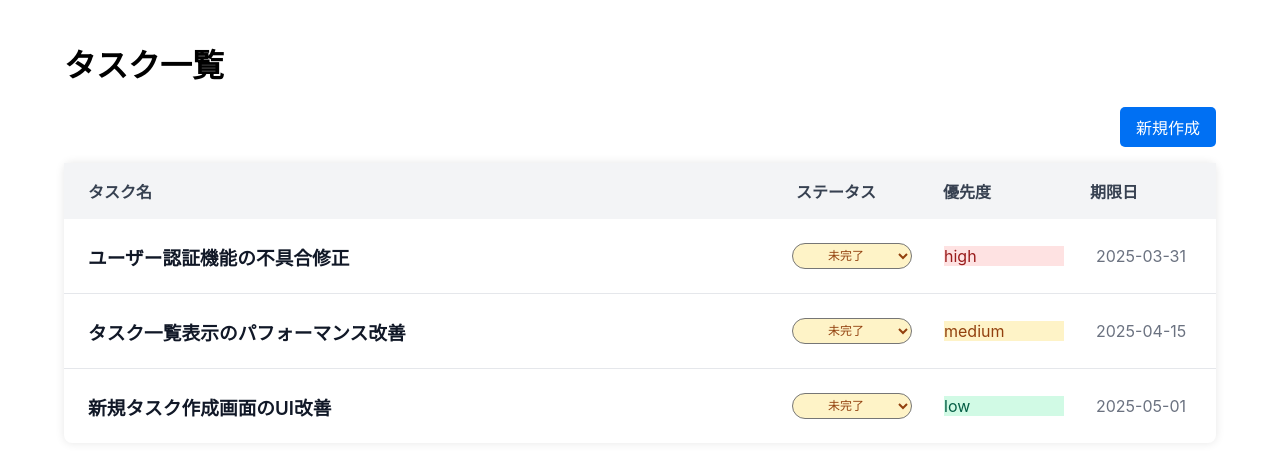
Repository: s1ros75/react-task-app
Page: /tasks
The author's editor kept a copy of each file at every save. The page is drawn from the files as they stood at one save, then again after the next save.
The browser window is 1280 px wide. The pictures show the whole page.
The project was rebuilt for these pictures with package versions that can differ from the ones it lists, and the page was loaded fresh each time. Also part of the build but not shown: vite.config.ts, src/styles/home.module.css, src/pages/home/index.tsx, src/features/tasks/hooks/getTaskById.ts, src/features/tasks/styles/taskDetail.module.css, src/features/tasks/components/TaskDetail.tsx, src/features/tasks/hooks/deleteTask.ts, src/features/tasks/components/TaskDeleteButton.tsx and 9 more.

Above is the page before, as saved 2026-01-17 23:58:30.

### src/main.tsx
import { StrictMode } from "react";
import { createRoot } from "react-dom/client";
import "./index.css";
import App from "./App.tsx";
import { BrowserRouter } from "react-router-dom";

const rootElement = document.getElementById("root");

createRoot(rootElement!).render(
  <StrictMode>
    <BrowserRouter>
      <App />
    </BrowserRouter>
  </StrictMode>
);

### src/index.css
:root {
  font-family: Inter, system-ui, Avenir, Helvetica, Arial, sans-serif;
}

body {
  margin: 0;
  padding: 0;
  font-family: var(--font-family);
}

### src/App.tsx
import { Route, Routes } from "react-router-dom";
import HomePage from "./pages/home";
import TaskListPage from "./pages/tasks/taskListPage";
import TaskDetailPage from "./pages/tasks/taskDetailPage";
import TaskCreatePage from "./pages/tasks/taskCreatePage";
import TaskEditPage from "./pages/tasks/taskEditPage";

function App() {
  return (
    <Routes>
      <Route path="/" element={<HomePage />} />
      <Route path="/tasks" element={<TaskListPage />} />
      <Route path="/tasks/:id" element={<TaskDetailPage />} /> {/* タスクの詳細ページのルーティングを追加 */}
      <Route path="/tasks/new" element={<TaskCreatePage />} /> {/* タスク作成ページへのルーティングを追加 */}
      <Route path="/tasks/:id/edit" element={<TaskEditPage />} />  {/* タスク編集ページのルーティング */}
    </Routes>
  );
}

export default App;

### src/pages/tasks/taskListPage.tsx
import TaskListContainer from "../../features/tasks/containers/TaskListContainer";

export default function TaskListPage() {
  return (
    <div>
      <TaskListContainer /> {/* タスク一覧コンポーネントを読み込む */}
    </div>
  );
}

### src/features/tasks/containers/TaskListContainer.tsx
import { Link } from "react-router-dom";
import { useEffect, useState } from "react";
import { getTasks } from "../hooks/getTasks";
import type { Task } from "../../../types/task";
import TaskCard from "../components/TaskCard";
import styles from "../styles/TaskListContainer.module.css";
import { updateTask } from "../hooks/updateTask"; // updateTask関数をインポート

export default function TaskListContainer() {
  const [tasks, setTasks] = useState<Task[]>([]);

  // データを取得する関数を独立させる（更新後にも呼べるようにするため）
  const fetchTasks = async () => {
    const fetchedTasks = await getTasks();
    setTasks(fetchedTasks);
  };

  useEffect(() => {
    fetchTasks();
  }, []);

  const handleToggleStatus = async (taskId: Task["id"], newStatus: boolean) => {
    await updateTask(String(taskId), { status: newStatus });
    await fetchTasks(); // ここで関数として正しく呼び出す
  };

  return (
    <div className={styles.container}>
      <h1>タスク一覧</h1>
      <div className={styles.taskListHeader}>
        {" "}
        <Link to="/tasks/new" className={styles.newTaskLink}>
          新規作成
        </Link>
      </div>
      <div className={styles.tableContainer}>
        <div className={styles.header}>
          <div>タスク名</div>
          <div>ステータス</div>
          <div>優先度</div> {/* ← この列に対応するデータが */}
          <div>期限日</div> {/* ← TaskCard 内にあるか確認が必要 */}
        </div>
        <div className={styles.taskList}>
          {tasks.map((task) => (
            <TaskCard
              key={task.id}
              task={task}
              onToggleStatus={handleToggleStatus} // 更新用関数を渡す必要がある場合
            />
          ))}
        </div>
      </div>
    </div>
  );
}

### src/features/tasks/hooks/getTasks.ts
import type { Task } from "../../../types/task";
import { mockTasks } from "../mocks/task";

export const getTasks = (): Promise<Task[]> => {
  return new Promise((resolve) => {
    setTimeout(() => resolve([...mockTasks]));
  });
};

### src/features/tasks/components/TaskCard.tsx
import { Link } from "react-router-dom";
import styles from "../styles/taskCard.module.css";
import { getPriorityClass } from "../utils/priority"; // getPriorityClass関数をimport
import { getStatusLabel } from "../utils/status-label"; // getStatusLabel関数をimport
import type { Task } from "../../../types/task";

export default function TaskCard({ task, onToggleStatus }: Props) {

  const handleStatusChange = (e: React.ChangeEvent<HTMLSelectElement>) => {
    const newStatus = e.target.value === "true";
    if (onToggleStatus) {
      onToggleStatus(task.id, newStatus);
    }
  };

  return (
    <div className={styles.taskCard}>
      {/* 1. タイトル */}
      <Link to={`/tasks/${task.id}`} className={styles.detailLink}>
        <h3 className={styles.taskTitle}>{task.title}</h3>
      </Link>

      {/* 2. ステータス */}
      <select
        value={task.status ? "true" : "false"}
        onChange={handleStatusChange}
        className={`${styles.badge} ${task.status ? styles.completed : styles.incomplete}`}
      >
        <option value="false">{getStatusLabel(false)}</option>
        <option value="true">{getStatusLabel(true)}</option>
      </select>

      {/* --- ここから追加 --- */}

      {/* 3. 優先度 */}
      <div className={`${styles.priority} ${getPriorityClass(task.priority, styles)}`}>
        {task.priority}
      </div>

      {/* 4. 期限日 */}
      <div className={styles.dueDate}>
        {task.dueDate}
      </div>

    </div>
  );
}

// type Props = {
//   task: Task;
//   onToggleStatus: (taskId: Task['id'], newStatus: boolean) => void;
// };

// export default function TaskCard({ task, onToggleStatus }: Props) {  // onToggleStatusをpropsで受け取る

//   // ステータス変更時のハンドラー
//   const handleStatusChange = (e: React.ChangeEvent<HTMLSelectElement>) => {
//     const newStatus = e.target.value === "true";
//     if (onToggleStatus) {
//       onToggleStatus(task.id, newStatus);
//     }
//   };

//   return (
//     <div className={styles.taskCard}>
//       <Link to={`/tasks/${task.id}`} className={styles.detailLink}>
//         <h3 className={styles.taskTitle}>{task.title}</h3>
//       </Link>
//       {/* ステータスをセレクトボックスに変更 */}
//       <select
//         value={task.status ? "true" : "false"}
//         onChange={handleStatusChange}
//         className={`${styles.badge} ${task.status ? styles.completed : styles.incomplete}`}
//       >
//         <option value="false">{getStatusLabel(false)}</option>  {/* 未完了の場合のラベル */}
//         <option value="true">{getStatusLabel(true)}</option>    {/* 完了の場合のラベル */}
//       </select>
//     </div>
//   );
// }

### src/features/tasks/styles/TaskListContainer.module.css
.container {
  width: 90%;
  max-width: 1400px;
  margin: 40px auto;
}

.tableContainer {
  margin: 0 auto;
  background-color: white;
  border-radius: 0.5rem;
  box-shadow: 0 0 10px rgba(0, 0, 0, 0.1);
}

.header {
  display: grid;
  grid-template-columns: 1fr 115px 115px 110px;
  column-gap: 2rem;
  align-items: center;
  padding: 1rem 1rem 1rem 1.5rem;
  background-color: #f3f4f6;
  font-weight: 600;
  color: #374151;
}

.taskList {
  display: flex;
  flex-direction: column;
}

.taskList > *:not(:last-child) {
  border-bottom: 1px solid #e5e7eb;
}

.taskListHeader {
  text-align: right;
  margin-bottom: 1rem;
}

.newTaskLink {
  display: inline-block;
  background-color: #0070f3;
  color: white;
  padding: 0.5rem 1rem;
  border-radius: 5px;
  text-decoration: none;
  font-size: 1rem;
  transition: background-color 0.3s ease;
}

.newTaskLink:hover {
  background-color: #0051bb;
}

### src/features/tasks/hooks/updateTask.ts
import type { Task, TaskFormData } from "../../../types/task";
import { mockTasks } from "../mocks/task";

export const updateTask = (id: string, taskData: TaskFormData): Promise<Task | null> => {
  return new Promise((resolve) => {
    setTimeout(() => {
      const index = mockTasks.findIndex((task) => task.id === Number.parseInt(id));
      if (index !== -1) {
        mockTasks[index] = {
          ...mockTasks[index],
          ...taskData,
          updatedAt: new Date().toISOString(),
        };
        resolve(mockTasks[index]);
      } else {
        resolve(null);
      }
    }, 500);
  });
};

### src/features/tasks/mocks/task.ts
import type { Task } from "../../../types/task";

export const mockTasks: Task[] = [
  {
    id: 1,
    title: "ユーザー認証機能の不具合修正",
    description: "ユーザーがログイン時に、不正なトークンエラーが発生する問題を修正します。",
    status: false,
    priority: "high",
    dueDate: "2025-03-31",
    createdAt: "2025-02-17T10:00:00Z",
    updatedAt: "2025-02-17T10:00:00Z",
  },
  {
    id: 2,
    title: "タスク一覧表示のパフォーマンス改善",
    description:
      "タスク一覧ページで、タスクが大量にある場合の表示遅延を改善します。不要な再レンダリングを防ぐため、コンポーネントの最適化を実施してください。",
    status: false,
    priority: "medium",
    dueDate: "2025-04-15",
    createdAt: "2025-02-17T10:00:00Z",
    updatedAt: "2025-02-17T10:00:00Z",
  },
  {
    id: 3,
    title: "新規タスク作成画面のUI改善",
    description:
      "新規タスク作成画面の入力フォームのユーザビリティ向上を図ります。エラーメッセージの明示化や、入力フィールドのデザインを改善してください。",
    status: false,
    priority: "low",
    dueDate: "2025-05-01",
    createdAt: "2025-02-17T10:00:00Z",
    updatedAt: "2025-02-17T10:00:00Z",
  },
];

### src/features/tasks/styles/taskCard.module.css
.taskCard {
  display: grid;
  grid-template-columns: 1fr 120px 120px 120px;
  column-gap: 2rem;
  align-items: center;
  transition: background-color 0.2s ease;
}

.taskCard:hover {
  background-color: #f9fafb;
}

.detailLink {
  height: 100%;
  display: flex;
  align-items: center;
  text-decoration: none;
  padding-left: 1.5rem;
  transition: color 0.2s ease;
}

.detailLink:hover .taskTitle {
  color:rgb(56, 92, 202);
}

.taskTitle {
  font-weight: 600;
  color: #111827;
  margin: 0;
}

.badge {
  display: inline-block;
  padding: 0.25rem 0.5rem;
  margin: 1.5rem 0;
  border-radius: 9999px;
  font-size: 0.75rem;
  font-weight: 500;
  text-align: center;
  cursor: pointer;
}

.completed {
  background-color: #d1fae5;
  color: #065f46;
}

.incomplete {
  background-color: #fef3c7;
  color: #92400e;
}

.highPriority {
  background-color: #fee2e2;
  color: #991b1b;
}

.mediumPriority {
  background-color: #fef3c7;
  color: #92400e;
}

.lowPriority {
  background-color: #d1fae5;
  color: #065f46;
}

.defaultPriority {
  background-color: #e5e7eb;
  color: #374151;
}

.dueDate {
  color: #6b7280;
}

### src/features/tasks/utils/priority.ts
import type { Priority } from "../../../types/task";

// 優先度に応じたスタイルクラスを返す関数
export const getPriorityClass = (
  priority: Priority, // 優先度（high | medium | low）などの文字列（Priority型）
  styles: Record<string, string> // スタイルモジュール（key-value形式のオブジェクト）
): string => {
  switch (priority.toLowerCase()) {
    case "high":
      return styles.highPriority;
    case "medium":
      return styles.mediumPriority;
    case "low":
      return styles.lowPriority;
    default:
      return styles.defaultPriority;
  }
};

### src/features/tasks/utils/status-label.ts
// ステータス（true/false）に応じて表示ラベルを返す
export const getStatusLabel = (status: boolean): string => {
  return status ? "完了" : "未完了";
};

Loaded but not shown: index.html (common file)

After the next save:
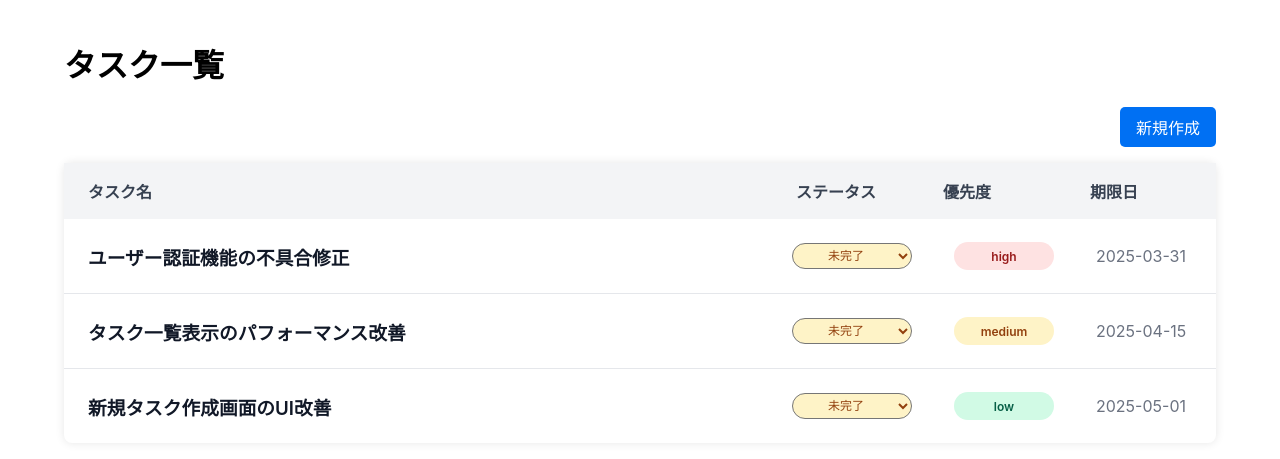
Saved 24 s later.
--- a/src/features/tasks/styles/taskCard.module.css
+++ b/src/features/tasks/styles/taskCard.module.css
@@ -50,6 +50,24 @@
   color: #92400e;
 }
 
+.highPriority,
+.mediumPriority,
+.lowPriority,
+.defaultPriority {
+  display: flex;            /* Flexboxを使用 */
+  align-items: center;      /* 垂直中央 */
+  justify-content: center;  /* 水平中央 */
+
+  height: 28px;             /* 高さを固定して揃える */
+  width: 100px;             /* 幅を固定して中央寄せを際立たせる */
+  margin: 0 auto;           /* gridセル内での中央寄せ */
+
+  border-radius: 9999px;    /* 完全に丸いカプセル型 */
+  font-size: 0.75rem;
+  font-weight: 600;
+  text-align: center;
+}
+
 .highPriority {
   background-color: #fee2e2;
   color: #991b1b;
